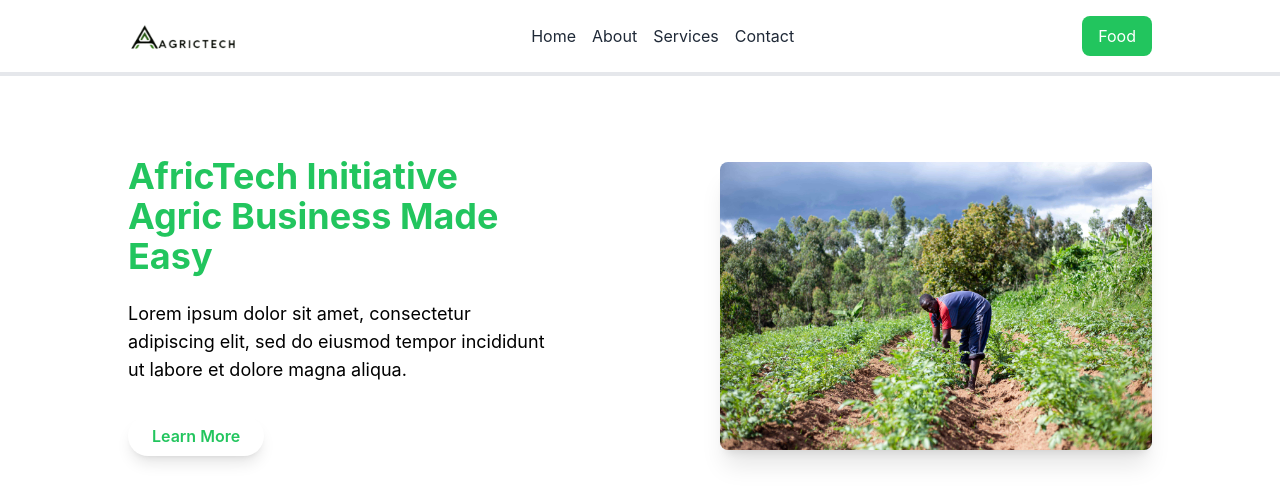
Repository: akinolapo/agric-tech
Page: /
An editor plug-in stored every save of this project. The page is shown before and after the next save, followed by the edit.
The browser window is 1280 px wide. The pictures show the whole page.
The project was rebuilt for these pictures with package versions that can differ from the ones it lists, and the page was loaded fresh each time.

Above is the page before, as saved 2023-05-27 00:18:34.

After the next save:
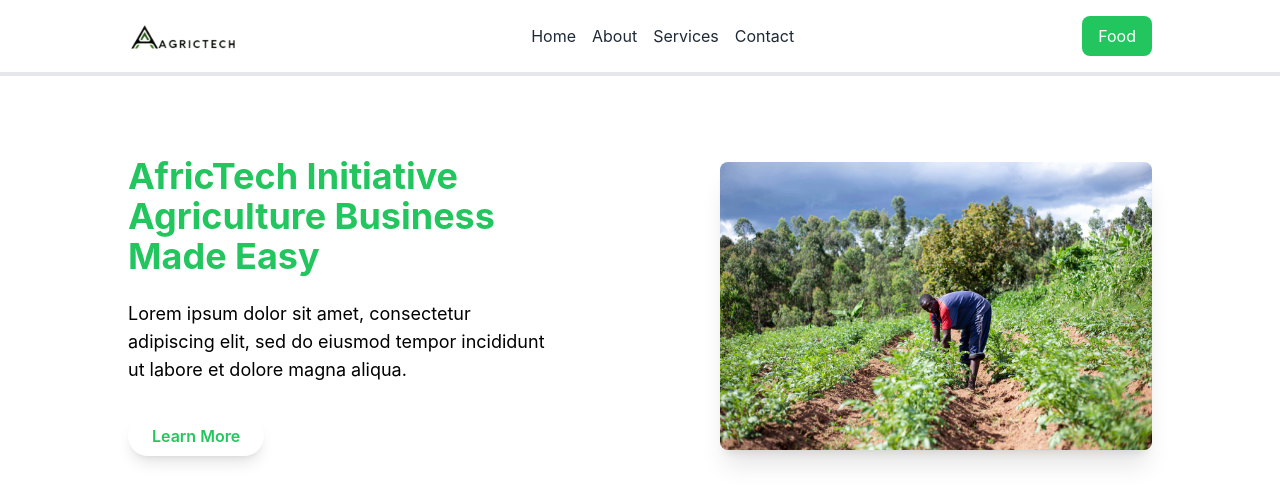
Saved 8 s later.
--- a/src/components/Hero.jsx
+++ b/src/components/Hero.jsx
@@ -5,7 +5,7 @@ const Hero = () => {
     <section className="bg-white text-black py-20 px-5 sm:px-32">
       <div className="container mx-auto flex flex-col lg:flex-row items-center gap-40">
         <div className="lg:w-1/2">
-          <h1 className="text-4xl font-bold mb-6 text-green-500">AfricTech Initiative Agric Business Made Easy</h1>
+          <h1 className="text-4xl font-bold mb-6 text-green-500">AfricTech Initiative Agriculture Business Made Easy</h1>
           <p className="text-lg mb-8">Lorem ipsum dolor sit amet, consectetur adipiscing elit, sed do eiusmod tempor incididunt ut labore et dolore magna aliqua.</p>
           <button className="bg-white text-green-500 py-2 px-6 rounded-full font-semibold shadow-lg hover:shadow-xl transition duration-300">Learn More</button>
         </div>
